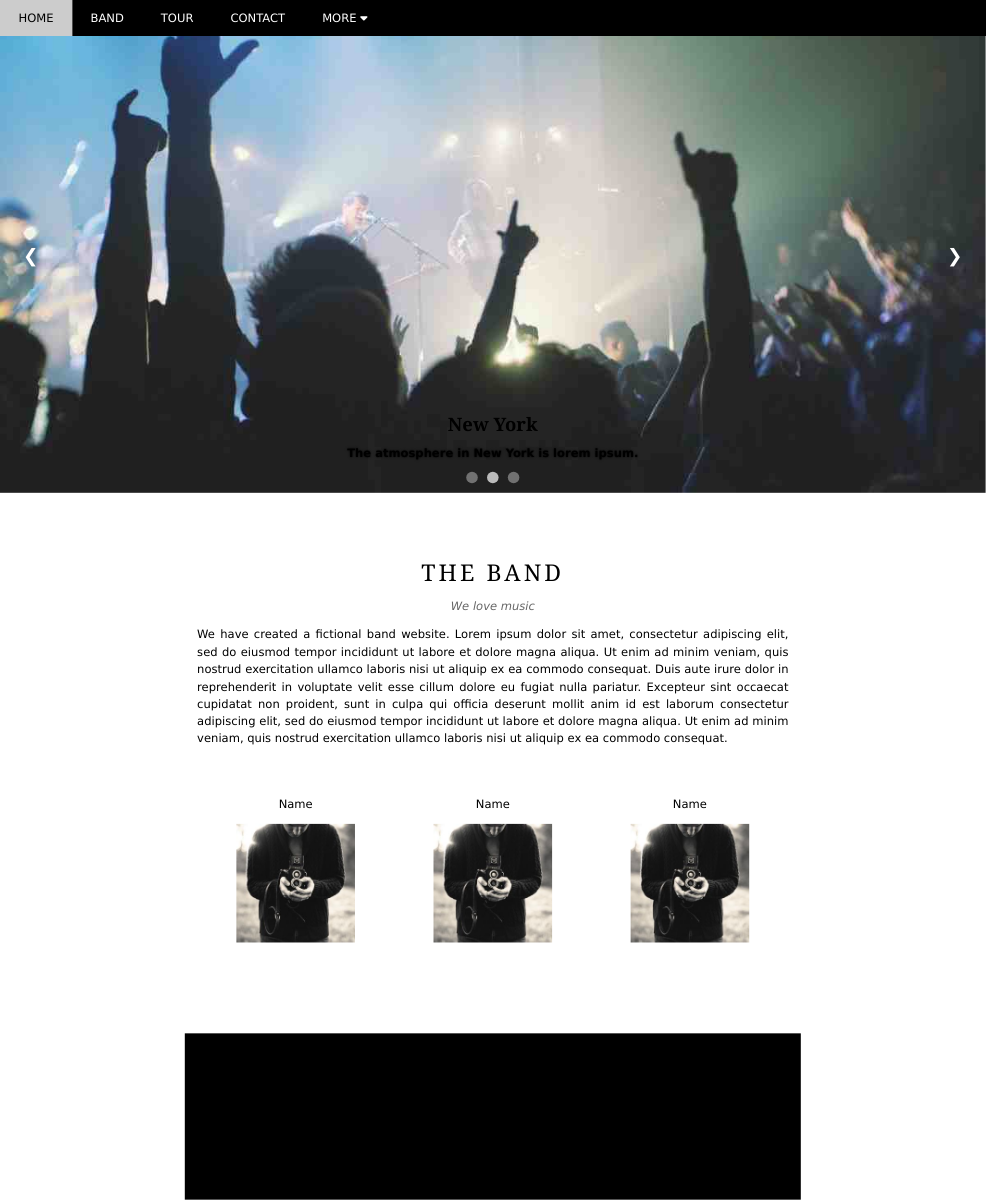
Repository: tam1512/The-Band
Page: index.html
An editor plug-in stored every save of this project. The page is shown before and after the next save, followed by the edit.
The browser window is 1280 px wide. The pictures show the whole page, at 77% of full size.
Some web libraries are served in a nearby version.

Above is the page before, as saved 2022-07-23 11:25:00.

After the next save:
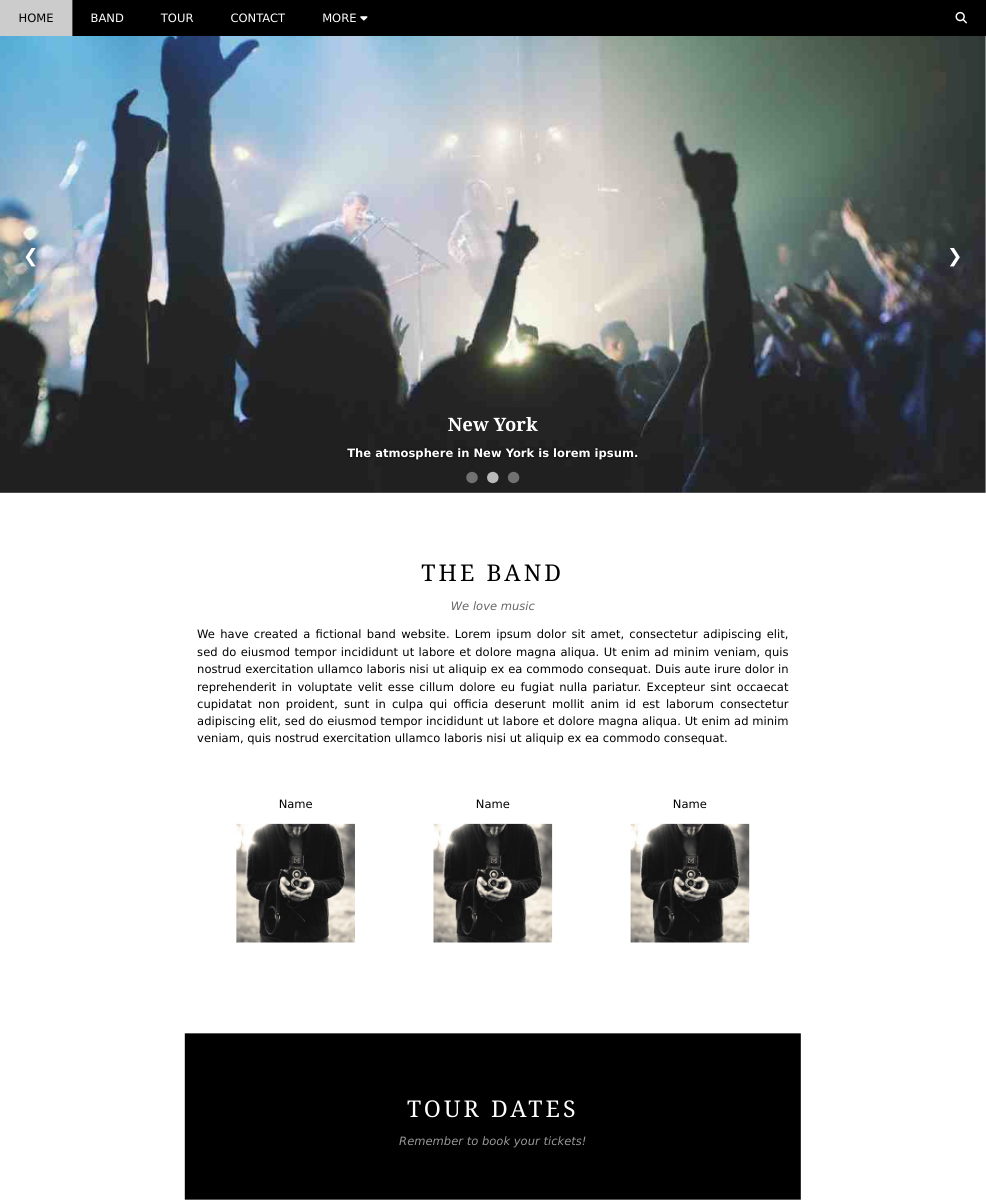
Saved 60 s later.
--- a/index.html
+++ b/index.html
@@ -35,7 +35,7 @@
           </li>
         </ul>
         <div id="header_search">
-          <i class="fa-solid fa-magnifying-glass color-white"></i>
+          <i class="fa-solid fa-magnifying-glass text-white"></i>
         </div>
       </div>
       <!-- Slideshow container -->
@@ -44,7 +44,7 @@
         <div class="slider_slides-cont">
           <div class="slider_slide">
             <img src="assets/img/la.jpg" alt="Los Angeles" />
-            <div class="text padding-32-16 color-white">
+            <div class="text padding-32-16 text-white">
               <h3 class="fz-24 margin-10-0">Los Angeles</h3>
               <p class="margin-15-0">
                 <b class="text-shadow">We had the bes time playing at Venice Beach!</b>
@@ -54,7 +54,7 @@
 
           <div class="slider_slide">
             <img src="assets/img/ny.jpg" alt="New York" />
-            <div class="text padding-32-16 color-white">
+            <div class="text padding-32-16 text-white">
               <h3 class="fz-24 margin-10-0">New York</h3>
               <p class="margin-15-0">
                 <b class="text-shadow">The atmosphere in New York is lorem ipsum.</b>
@@ -64,7 +64,7 @@
 
           <div class="slider_slide">
             <img src="assets/img/chicago.jpg" alt="Chicago" />
-            <div class="text padding-32-16 color-white">
+            <div class="text padding-32-16 text-white">
               <h3 class="fz-24 margin-10-0">Chicago</h3>
               <p class="margin-15-0">
                 <b class="text-shadow">Thank you, Chicago - A night we won't forget</b>
@@ -103,7 +103,7 @@
           <!-- <div style="clear: both;"></div> -->
         </div>
         <div class="backgroud-black" id="tour">
-          <div class="padding-64-16 text-center">
+          <div class="padding-64-16 text-center text-white">
             <h2 class="tilte fz-30 margin-10-0">TOUR DATES</h2>
             <p><i class="sub-title">Remember to book your tickets!</i></p>
           </div>
